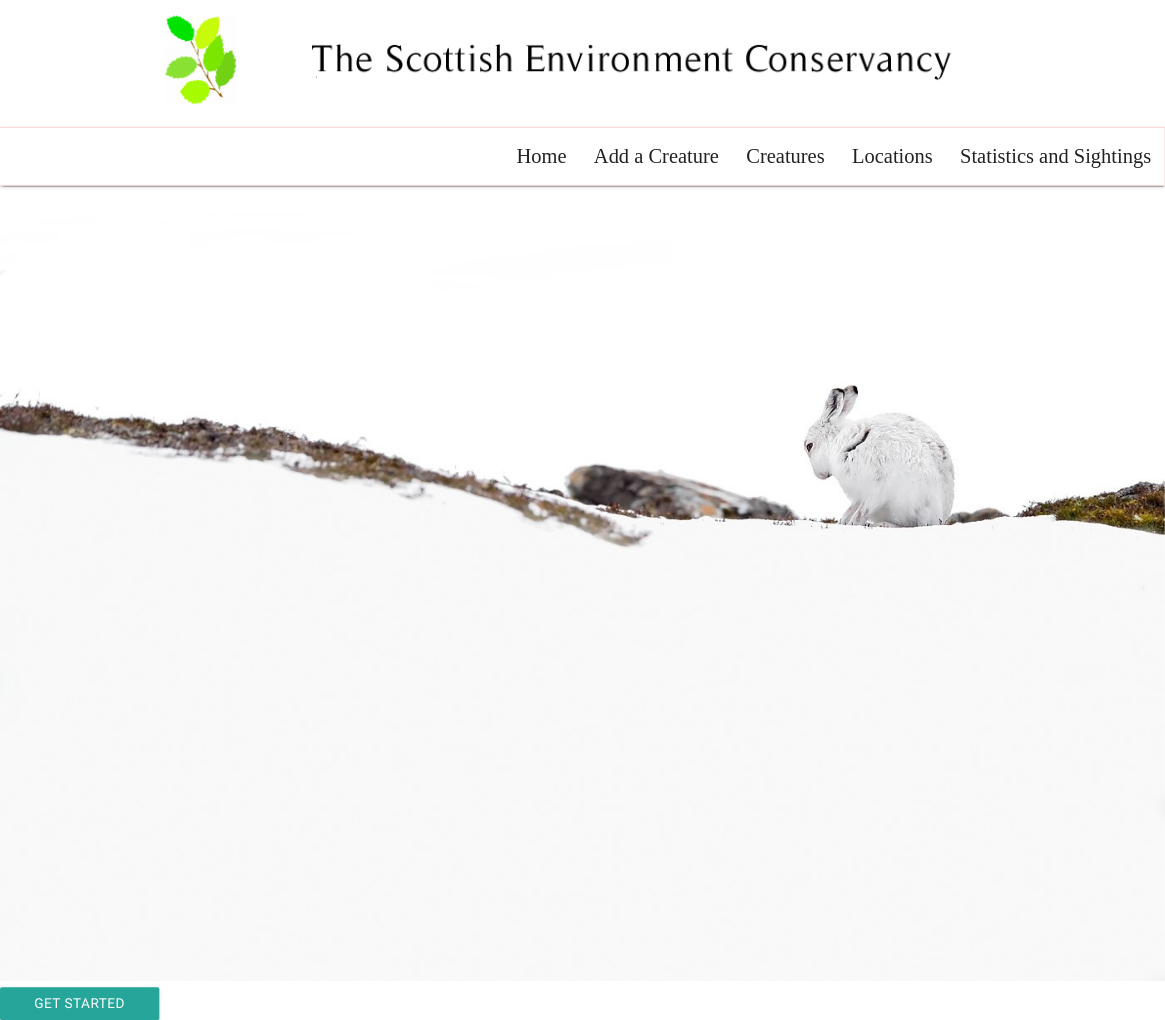
Repository: TaylorD1982/creature-sightings
Page: http://localhost/
The author's editor kept a record of every edit. The page is drawn from the files as they stood at one moment, then again after the next edit.
The browser window is 1280 px wide. The pictures show the whole page, at 91% of full size.
Some web libraries are served in a nearby version. The page is served by the project's application, run on Flask 3 (app.py). Queries for data that is not in the repository find no rows.

Above is the page before.
Console error: TypeError: Cannot read properties of null (reading 'addEventListener')

After the next edit:
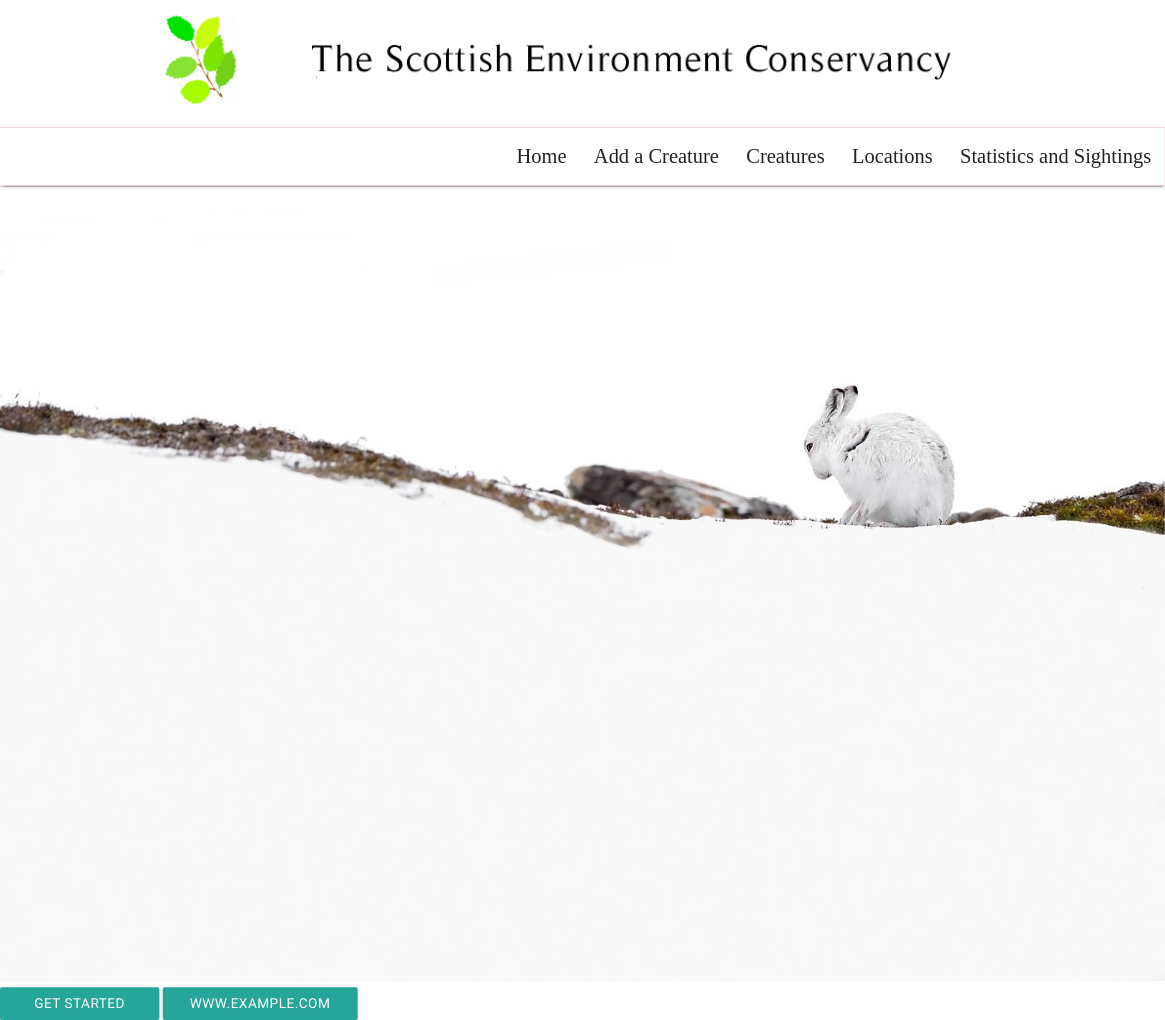
The edit:
--- a/templates/creatures.html
+++ b/templates/creatures.html
@@ -8,6 +8,10 @@
             <a href="{{url_for('add_creature')}}"></a>
         </i>
     </button>
+
+    <button class="btn waves-effect waves-light button3" onclick="location.href='{{url_for('add_creature')}}'" type="button">
+         www.example.com</button>
+
 </div>
 
 {% endblock %}
